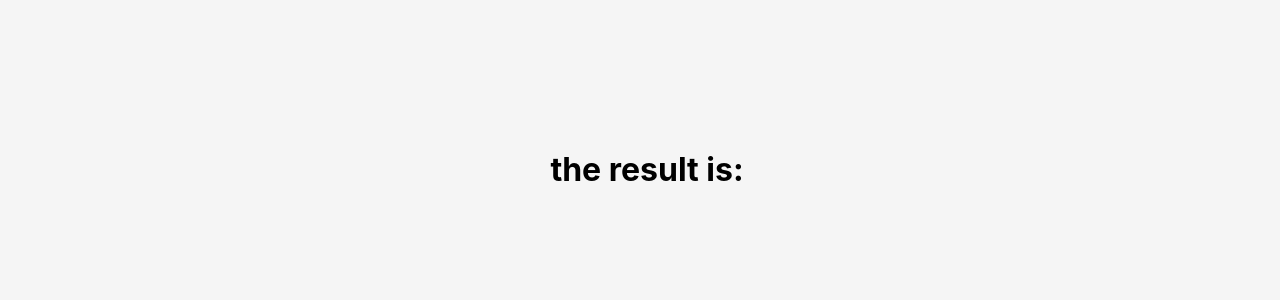
Repository: ehabmelhem/React-Redux--todoapp
Page: /result (app in todoapp/)
These files come from the project's save history. The page is drawn as it stood at one moment and after a run of saves; the edit follows.
The browser window is 1280 px wide. The pictures show the whole page.
The project was rebuilt for these pictures with package versions that can differ from the ones it lists, and the page was loaded fresh each time. Also part of the build but not shown: todoapp/src/Compents/Todo.css, todoapp/src/Compents/Todo.js.

Above is the page before, as saved 2021-01-30 19:45:14.

After the next 2 saves:
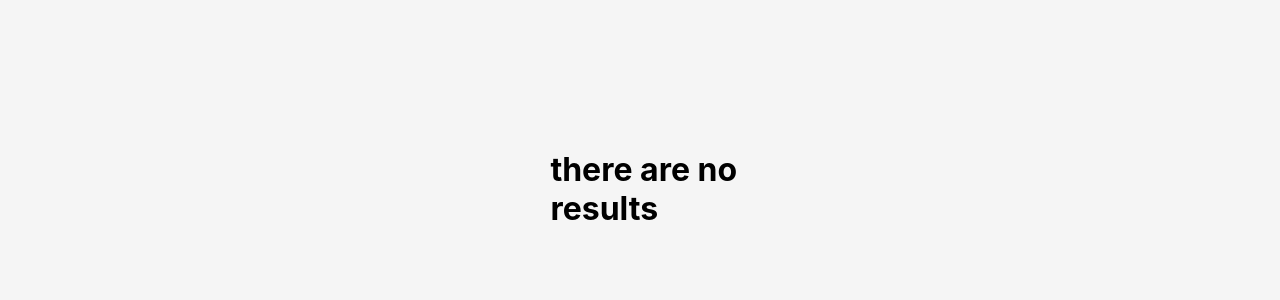
The 2 saves are shown as one change because they came seconds apart.
The last was saved 12 s later.
--- a/todoapp/src/Compents/Result.js
+++ b/todoapp/src/Compents/Result.js
@@ -7,7 +7,7 @@ function Result() {
   return (
     <div className="result">
       <h1 hidden={!todos[0]}>the result is:</h1>
-      <h1 hidden={todos[0]}>the result is:</h1>
+      <h1 hidden={todos[0]}>there are no results</h1>
       {todos.map((elm) => (
         <h3>
           <Todo text={elm.content} id={elm.id} />
